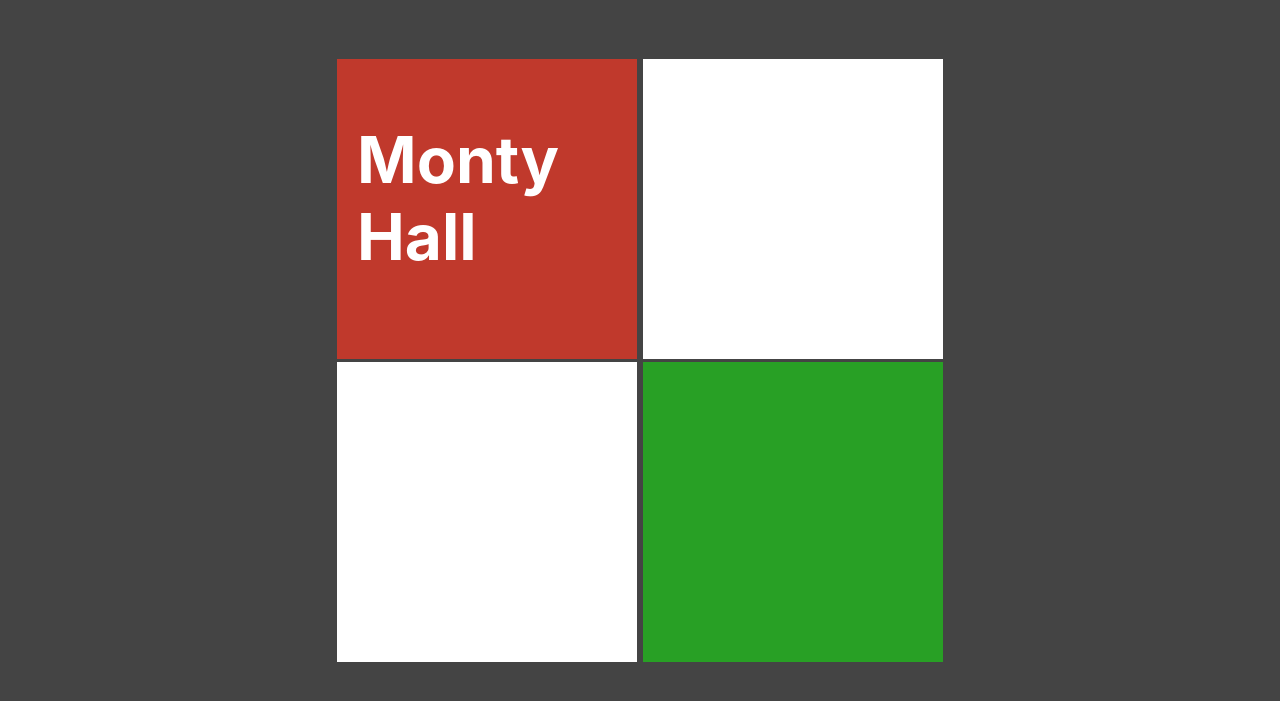
Repository: Mira757/Projeto-Porta-Premiada
Page: /
The author's editor kept a copy of each file at every save. The page is drawn from the files as they stood at one save, then again after the next save.
The browser window is 1280 px wide. The pictures show the whole page.
The project was rebuilt for these pictures with package versions that can differ from the ones it lists, and the page was loaded fresh each time. The framework's server and built-in components were replaced by stand-ins that run in the browser. Also part of the build but not shown: next.config.js.

Above is the page before, as saved 2022-03-22 18:39:50.

After the next save:
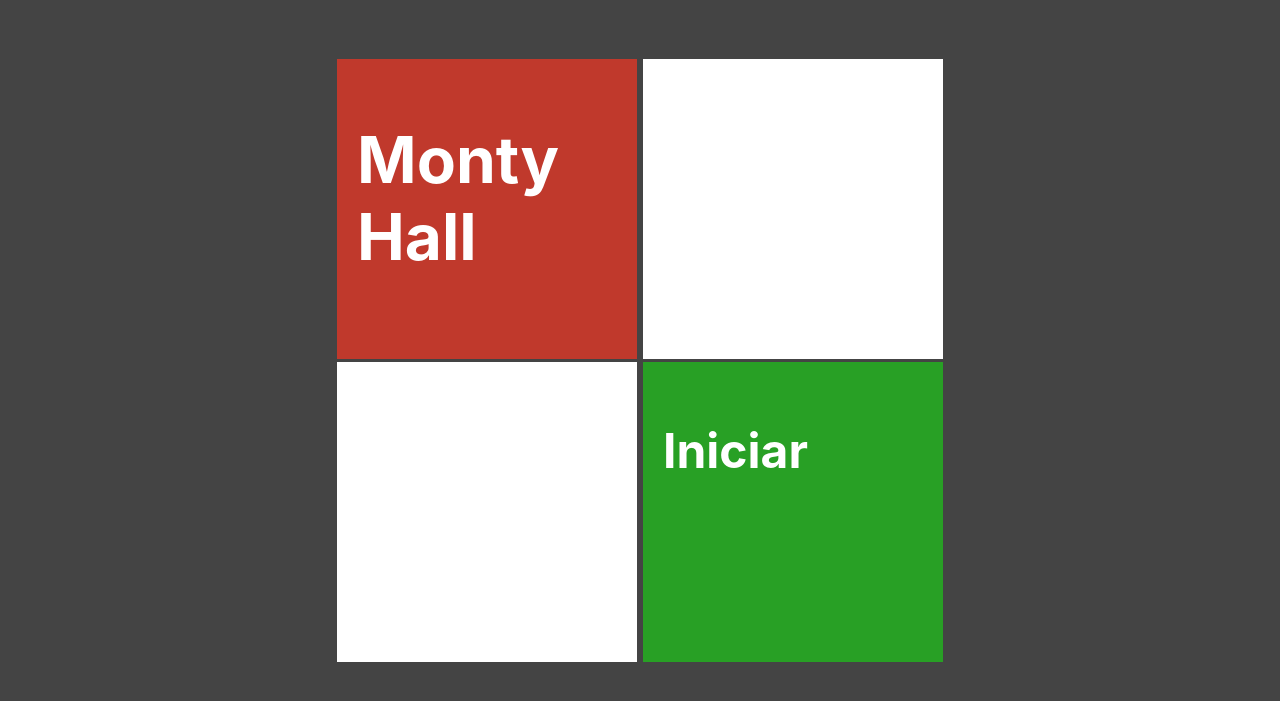
Saved 108 s later.
--- a/pages/index.tsx
+++ b/pages/index.tsx
@@ -11,7 +11,11 @@ export default function Formulario () {
     </div>
     <div>
       <Cartao></Cartao>
-      <Cartao bgcolor="#28a025"></Cartao>
+      <Cartao bgcolor="#28a025">
+        <Link href={`/jogo/4/2`}>
+          <h2 style={{flex: "1"}}>Iniciar</h2>
+        </Link>
+      </Cartao>
     </div>
     </div>
   )
